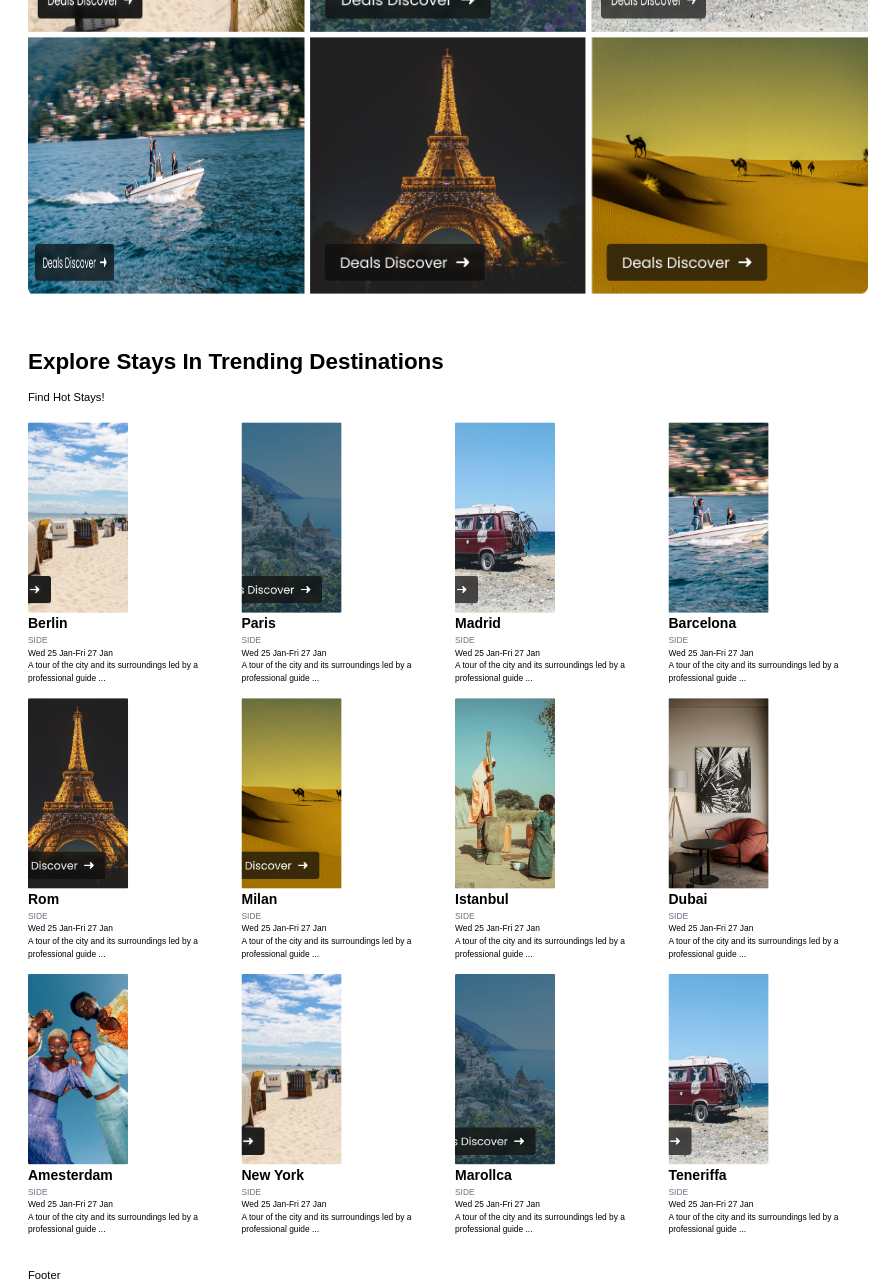
Repository: Quynhhuong150322/DIKO_STUDY_TRAVEL_WEB
Page: /
These files come from the project's save history. The page is drawn as it stood at one moment and after the next save; the edit follows.
The browser window is 1280 px wide. The pictures show the part of the page from y = 1089 to 3009 px (the page is 2922 px tall before and 3009 px after), at 70% of full size.
The project was rebuilt for these pictures with package versions that can differ from the ones it lists, and the page was loaded fresh each time. Also part of the build but not shown: src/components/Login.js, src/components/Register.js. Imported but missing from the stored project, and not drawn on this page: src/redux/slices/authSlice.

Above is the page before, as saved 2024-02-23 11:27:37.

### src/index.css
@tailwind base;
@tailwind components;
@tailwind utilities;

@import url("https://fonts.googleapis.com/css2?family=Poppins:wght@100;300;400;500;600&display=swap");

@layer base {
  html {
    font-family: "Poppins", sans-serif;
  }
  * {
    margin: 0;
    padding: 0;
    box-sizing: border-box;
    scroll-behavior: smooth;
    /* background-color: #F9F9F9; */
  }
}

@layer components {
  .max-container {
    max-width: 1260px;
    /* min-height: 100vh; */
    margin: 0 auto;
    padding: 0 30px;
    /* display: flex; */
    /* flex-direction: column; */
    justify-content: space-between;
  }
  .button {
    width: 189px;
    height: 40px;
    border-style: solid;
    border-width: 2px;
    border-color: #07689F;
    color: #07689F;
  }
  .tabMenu {
    width: 121px;
    height: 40px;
    color: #D9D9D9;
    border-style: solid;
    border-width: 2px;
    border-color: #D9D9D9;
    color: #D9D9D9;
    border-radius: 9999px;
  }
  .tabSearch {
    /* max-width: 1190px; */
    height: 56px;
    border-style: solid;
    border-width: 1px;
    border-color: #D9D9D9;
    padding: 0 16px;
    font-size: 12px;
  }

}

### src/App.js
import React from "react";
import Navbar from "./components/Navbar";
import Footer from "./components/Footer";
import AppRoutes from "./routes/AppRoutes";
import { BrowserRouter as Router } from "react-router-dom";

const App = () => {
  return (
    <Router>
      <div className="">
        <div className="max-container">
          <Navbar />
        </div>
        <div>
          <AppRoutes />
        </div>
        <div className="max-container">
          <Footer />
        </div>
      </div>
    </Router>
  );
};

export default App;

### src/redux/store.js
import { configureStore } from "@reduxjs/toolkit";
import authReducer from "./slices/authSlice";

export const store = configureStore({
  reducer: {
    users: authReducer,
  },
});

### src/components/Navbar.js
import React from 'react'
import Logo from '../assets/images/Header/Logo.png'
import EL from '../assets/images/Header/England.png'
import { FaRegQuestionCircle } from "react-icons/fa";
import { LuSearch } from "react-icons/lu";

const MenuData = [
    {
        id: 1,
        name: 'Trip',
    },
    {
        id: 2,
        name: '%Deals',
    },
    {
        id: 3,
        name: 'Hotel',
    },
    {
        id: 4,
        name: 'Flight',
    },
    {
        id: 5,
        name: 'Apartment',
    },
    {
        id: 6,
        name: 'Camper',
    },
]

const Navbar = () => {
    return (
        <div className='bg-neutral py-[24px]'>
            <div className="flex flex-col gap-10">
                {/* Header Section  */}
                <div className='flex gap-2 items-center'>
                    <img src={Logo} alt="" />
                    <div className='flex gap-7 items-center'>
                        <div className="flex gap-1 items-center">
                            <FaRegQuestionCircle className='text-primary' />
                            <img src={EL} alt="" className='w-7 h-7' />
                            {/* Search  */}
                            <div className="relative flex items-center">
                                <input
                                    type="text"
                                    placeholder="search"
                                    className="w-[605px] h-[32px] rounded-sm border border-gray-300 px-2 py-1 focus:outline-none focus:border-1 focus:border-primary"
                                />
                                <LuSearch className="text-gray-500 group-hover:text-primary absolute top-1/2 -translate-y-1/2 right-3 cursor-pointer" />
                            </div>
                        </div>
                        <div className='flex gap-2 items-center'>
                            <button className='button border-primary bg-neutral hover:scale-105 py-2 px-4 rounded-sm'>
                                Sing In
                            </button>
                            <button className='button border-primary bg-neutral hover:scale-105 py-2 px-4 rounded-sm'>
                                Register
                            </button>
                        </div>
                    </div>
                    <div>
                    </div>
                </div>
                {/* Upper Nav  */}
                <div className=''>
                    <div className=' '>
                        <ul className='flex justify-center gap-4'>
                            {
                                MenuData.map((data) => (
                                    <button key={data.id} className='text-pri tabMenu focus:bg-primary focus:text-white focus:font-bold focus:border-primary inline-block hover:text-primary' >
                                        {data.name}
                                    </button>
                                ))
                            }
                        </ul>
                    </div>
                </div>
            </div>
        </div>
    )
}

export default Navbar

### src/routes/AppRoutes.js
import React from "react";
import { Switch, Route } from "react-router-dom";
import Login from "../components/Login";
import Register from "../components/Register";
import Langding from "../pages/LangdingPage/Langding";
const AppRoutes = () => {
  return (
    <div>
      <Switch>
        <Route path="/login">
          <Login />
        </Route>
        <Route path="/register">
          <Register />
        </Route>
        <Route path="/" exact>
          <Langding />
        </Route>
        <Route path="*">
          <div className="">404 not Error...</div>
        </Route>
      </Switch>
    </div>
  );
};

export default AppRoutes;

### src/pages/LangdingPage/Langding.js
import React from 'react'
import Picture from '../../assets/images/LangdingPage/Picture.png'
import { LuHotel } from "react-icons/lu";
import { IoCalendarOutline } from "react-icons/io5";
import { SlArrowDown } from "react-icons/sl";
import { FiUserPlus } from "react-icons/fi";
import Img1 from "../../assets/images/LangdingPage/SpecialOffers/Photo 1.png";
import Img2 from "../../assets/images/LangdingPage/SpecialOffers/Photo 2.png"
import Img3 from "../../assets/images/LangdingPage/SpecialOffers/Photo 3.png"
import Img4 from "../../assets/images/LangdingPage/SpecialOffers/Photo 4.png"
import Img5 from "../../assets/images/LangdingPage/SpecialOffers/Photo 5.png"
import Img6 from "../../assets/images/LangdingPage/SpecialOffers/Photo 6.png"
import Img7 from "../../assets/images/LangdingPage/ExploreStays/Image1.jpg"
import Img8 from "../../assets/images/LangdingPage/ExploreStays/Image2.jpg"
import Img9 from "../../assets/images/LangdingPage/ExploreStays/Image3.jpg"
// import Img10 from "../../assets/images/LangdingPage/SpecialOffers/Photo 6.png"
// import Img11 from "../../assets/images/LangdingPage/SpecialOffers/Photo 6.png"



const BannerImg = {
  backgroundImage: `url(${Picture})`,
  backgroundPosition: "center",
  backgroundRepeat: "no-repeat",
  backgroundSize: "cover",
  height: "394px",
  width: "100%",
};
const ListMenu = [
  {
    id: 1,
    name: "All",
  },
  {
    id: 2,
    name: "Hotels",
  },
  {
    id: 3,
    name: "Flights",
  },
  {
    id: 4,
    name: "Multi",
  }
]

const ListImage = [
  {
    id: 1,
    img: Img1,
  },
  {
    id: 2,
    img: Img2,
  },
  {
    id: 3,
    img: Img3,
  },
  {
    id: 4,
    img: Img4,
  },
  {
    id: 5,
    img: Img5,
  },
  {
    id: 6,
    img: Img6,
  },
]
const ListCard = [
  {
    id: 1,
    img: Img1,
    location: "Berlin",
    side: "SIDE",
    time: "Wed 25 Jan-Fri 27 Jan",
    title: "A tour of the city and its surroundings led by a professional guide ..."
  },
  {
    id: 2,
    img: Img2,
    location: "Paris",
    side: "SIDE",
    time: "Wed 25 Jan-Fri 27 Jan",
    title: "A tour of the city and its surroundings led by a professional guide ..."

  },
  {
    id: 3,
    img: Img3,
    location: "Madrid",
    side: "SIDE",
    time: "Wed 25 Jan-Fri 27 Jan",
    title: "A tour of the city and its surroundings led by a professional guide ..."

  },
  {
    id: 4,
    img: Img4,
    location: "Barcelona",
    side: "SIDE",
    time: "Wed 25 Jan-Fri 27 Jan",
    title: "A tour of the city and its surroundings led by a professional guide ..."

  },
  {
    id: 5,
    img: Img5,
    location: "Rom",
    side: "SIDE",
    time: "Wed 25 Jan-Fri 27 Jan",
    title: "A tour of the city and its surroundings led by a professional guide ..."

  },
  {
    id: 6,
    img: Img6,
    location: "Milan",
    side: "SIDE",
    time: "Wed 25 Jan-Fri 27 Jan",
    title: "A tour of the city and its surroundings led by a professional guide ..."

  },
  {
    id: 7,
    img: Img7,
    location: "Istanbul",
    side: "SIDE",
    time: "Wed 25 Jan-Fri 27 Jan",
    title: "A tour of the city and its surroundings led by a professional guide ..."

  },
  {
    id: 8,
    img: Img8,
    location: "Dubai",
    side: "SIDE",
    time: "Wed 25 Jan-Fri 27 Jan",
    title: "A tour of the city and its surroundings led by a professional guide ..."

  },
  {
    id: 9,
    img: Img9,
    location: "Amesterdam",
    side: "SIDE",
    time: "Wed 25 Jan-Fri 27 Jan",
    title: "A tour of the city and its surroundings led by a professional guide ..."

  },
  {
    id: 10,
    img: Img1,
    location: "New York",
    side: "SIDE",
    time: "Wed 25 Jan-Fri 27 Jan",
    title: "A tour of the city and its surroundings led by a professional guide ..."

  },
  {
    id: 11,
    img: Img2,
    location: "Marollca",
    side: "SIDE",
    time: "Wed 25 Jan-Fri 27 Jan",
    title: "A tour of the city and its surroundings led by a professional guide ..."

  },
  {
    id: 12,
    img: Img3,
    location: "Teneriffa",
    side: "SIDE",
    time: "Wed 25 Jan-Fri 27 Jan",
    title: "A tour of the city and its surroundings led by a professional guide ..."

  },
]

const Langding = () => {
  return (
    <div >
      {/* Discover Trip  */}
      <div className=' background ' style={BannerImg}>
        <div className=' '>
          <h1 className='text-3xl w-1/3 font-bold text-white bg-opacity-0'>
            Discover Your Trip Worldwide !
          </h1>
          <div class="flex flex-row  bg-white">
            <div class="basis-1/4 tabSearch flex gap-9 items-center">
              <LuHotel className='text-primary' size={24} />
              <p className=''>
                Where Are you Going to?
              </p>
            </div>
            <div class="basis-1/4 tabSearch flex gap-6 items-center">
              <IoCalendarOutline size={24} className='text-primary' />
              <p className=''>
                Check In Date
              </p>
              <p className=''>
                Check Out Date
              </p>
            </div>
            <div class="basis-1/3 tabSearch flex gap-8 items-center">
              <FiUserPlus size={24} className='text-primary' />
              <p className=''>
                Adults 2
              </p>
              <p className=''>
                Children 3
              </p>
              <p className=''>
                Room
              </p>
              <SlArrowDown size={24} className='text-primary' />
            </div>
            <div class="basis-1/6  tabSearch bg-primary flex justify-center items-center">
              <p className='font-bold text-white'>Search</p>
            </div>
          </div>
        </div>
      </div>
      {/* Special Offers */}
      <div className='max-container py-6'>
        {/* checkbox  */}
        <div className='flex flex-col gap-6 py-6'>
          <h2 className='text-2xl font-bold'>Special Offers</h2>
          <div className='flex '>
            <div className='flex justify-center items-center gap-2'>
              {
                ListMenu.map((data) => (
                  <><input
                    type="checkbox"
                    className="w-[24px] h-[24px] border border-gray-300 px-2 py-1 focus:outline-none focus:border-1 focus:border-primary" />
                    <label for="checkbox" className='text-base'>{data.name}</label>
                  </>
                ))
              }
            </div>
          </div>
        </div>
        {/* image  */}
        <div>
          <div className='grid grid-cols-3 gap-2'>
            {
              ListImage.map((data) => (
                <img src={data.img} alt="" className='w-full h-full' />
              ))
            }
          </div>
        </div>
      </div>

      {/* Explore Stays In Trending Destinations  */}
      <div className='max-container py-6'>
        <div className='flex flex-col gap-4 py-6'>
          <h2 className='text-2xl font-bold'>Explore Stays In Trending Destinations</h2>
          <p>Find Hot Stays!</p>
        </div>
        {/* ImageCard */}
        <div className='grid grid-cols-4 place-items-center gap-5'>
          {
            ListCard.map((data) => (
              <div className='flex flex-col '>
                <img src={data.img} alt="" className=' h-[272px] w-1/2 object-cover rounded-sm' />
                <div className=''>
                  <p className='text-xl font-semibold'>{data.location}</p>
                  <p className='text-sm text-gray-500'>{data.side}</p>
                  <p className='text-sm'>{data.time}</p>
                  <p className='text-sm'>{data.title}</p>
                </div>
              </div>
            ))
          }
          <div className=''>
          </div>
        </div>
      </div>
    </div>
  )
}

export default Langding

### tailwind.config.js
/** @type {import('tailwindcss').Config} */
module.exports = {
  content: ["./src/**/*.{js,jsx,ts,tsx}"],
  theme: {
    extend: {
      colors: {
        primary: "#07689F",
        secondary: "#D9D9D9",
        neutral: "#F9F9F9",
        pri: "#A6A6A6",
      },
      fontSize: {
        sm: '12px',
        base: '16px',
        xl: '20px',
        '2xl': '32px',
        '3xl': '40px',
        '4xl': '44px',
        // '5xl': '3.052rem',
      },
    },
  },
  plugins: [],
};

Loaded but not shown: public/index.html (common file); src/index.js (common file); src/reportWebVitals.js (common file); src/components/Footer.js (common file)

After the next save:
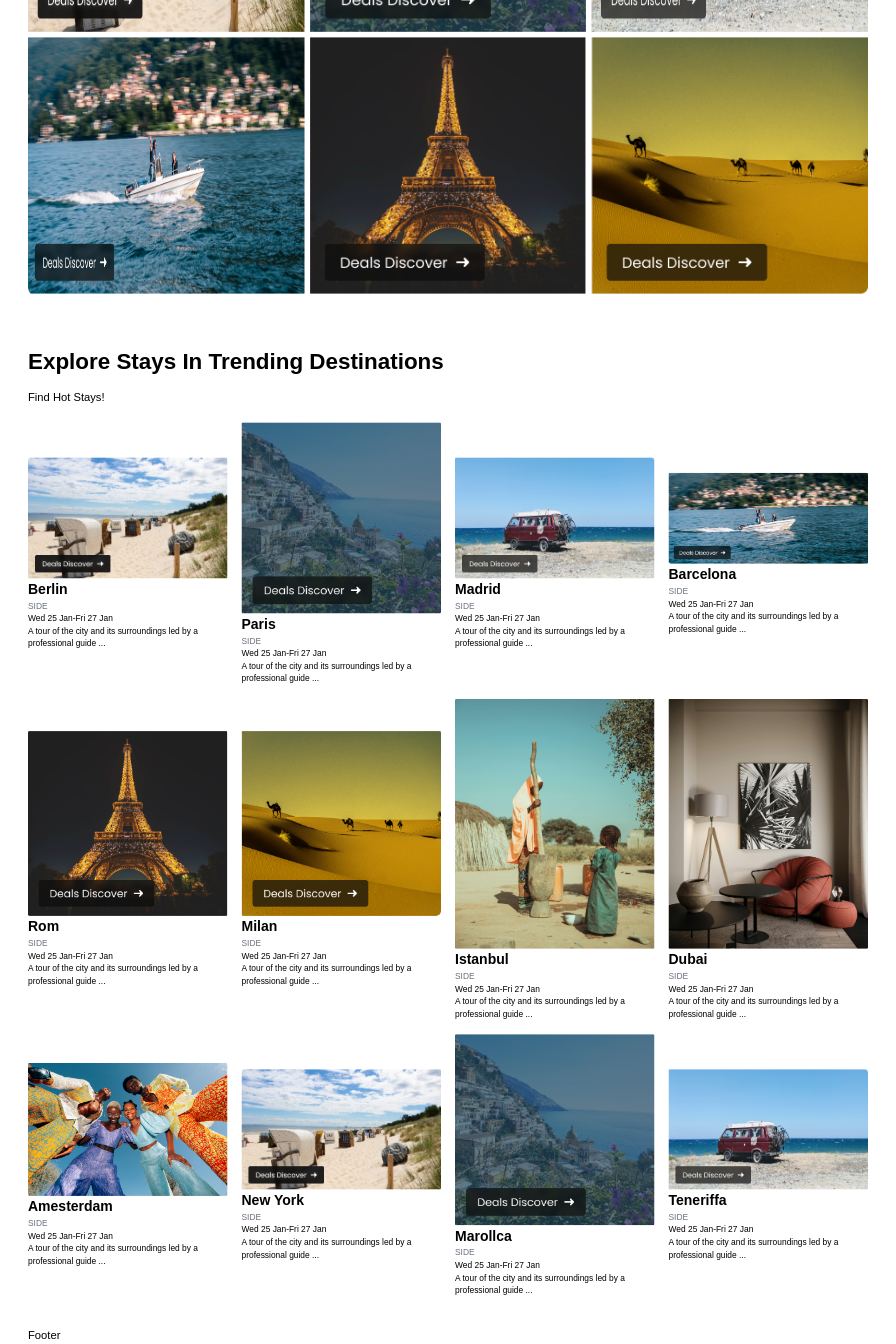
Saved 14 s later.
--- a/src/pages/LangdingPage/Langding.js
+++ b/src/pages/LangdingPage/Langding.js
@@ -267,7 +267,7 @@ const Langding = () => {
           {
             ListCard.map((data) => (
               <div className='flex flex-col '>
-                <img src={data.img} alt="" className=' h-[272px] w-1/2 object-cover rounded-sm' />
+                <img src={data.img} alt="" className=' h-1/2 w-full object-cover rounded-sm' />
                 <div className=''>
                   <p className='text-xl font-semibold'>{data.location}</p>
                   <p className='text-sm text-gray-500'>{data.side}</p>
